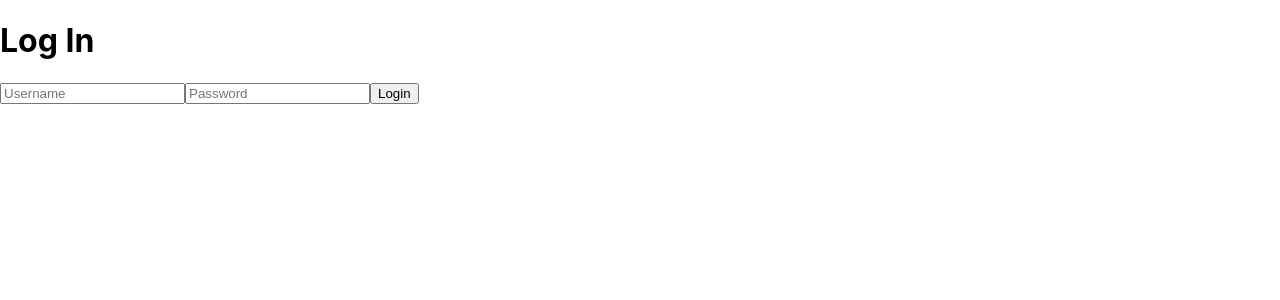
Repository: AfifaNoor/Admin_Panel-React-
Page: /login-page
The author's editor kept a copy of each file at every save. The page is drawn from the files as they stood at one save, then again after the next save.
The browser window is 1280 px wide. The pictures show the whole page.
The project was rebuilt for these pictures with package versions that can differ from the ones it lists, and the page was loaded fresh each time.

Above is the page before, as saved 2025-07-09 18:28:06.

After the next save:
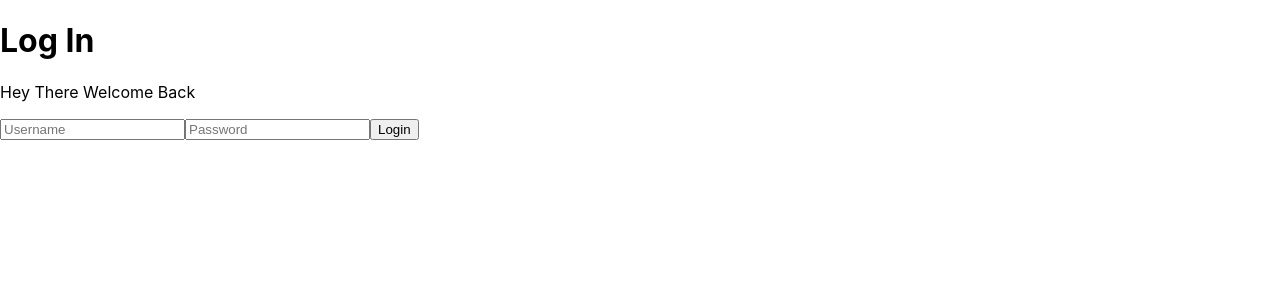
Saved 74 s later.
--- a/src/LoginPage.jsx
+++ b/src/LoginPage.jsx
@@ -6,7 +6,12 @@ const LoginPage = () => {
 
   return (
     <div className='login-container'>
+    <div className='header'>
     <h1 className='title'>Log In </h1>
+    <p>Hey There Welcome Back </p>
+
+    </div>
+
     <input type='text'
      className='input-field'
      placeholder='Username'
